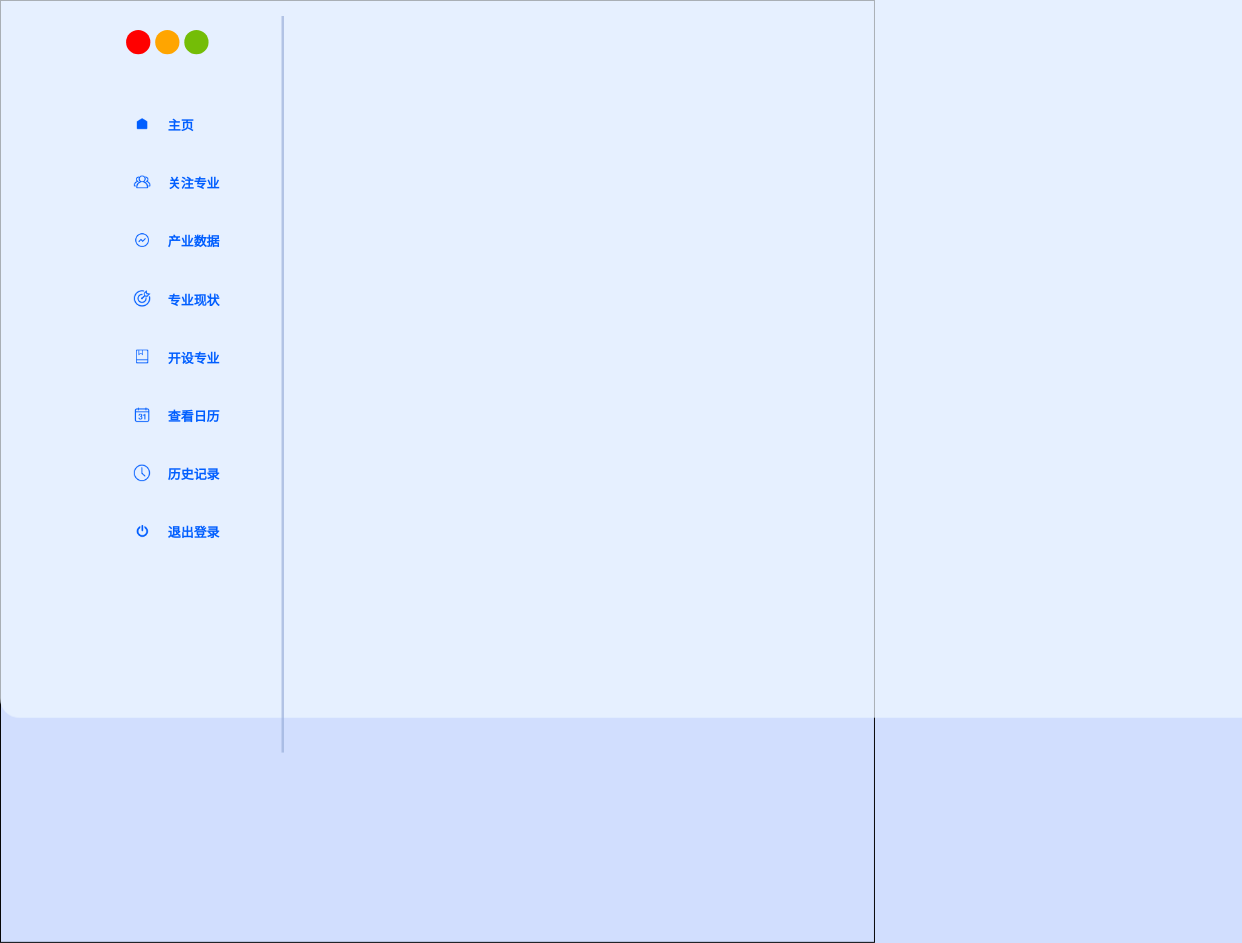
Repository: akaCSDN/test
Page: 2.1主页.html
An editor plug-in stored every save of this project. The page is shown before and after the next save, followed by the edit.
The browser window is 1280 px wide. The pictures show the whole page, at 97% of full size.

Above is the page before, as saved 2022-12-03 22:02:21.

After the next save:
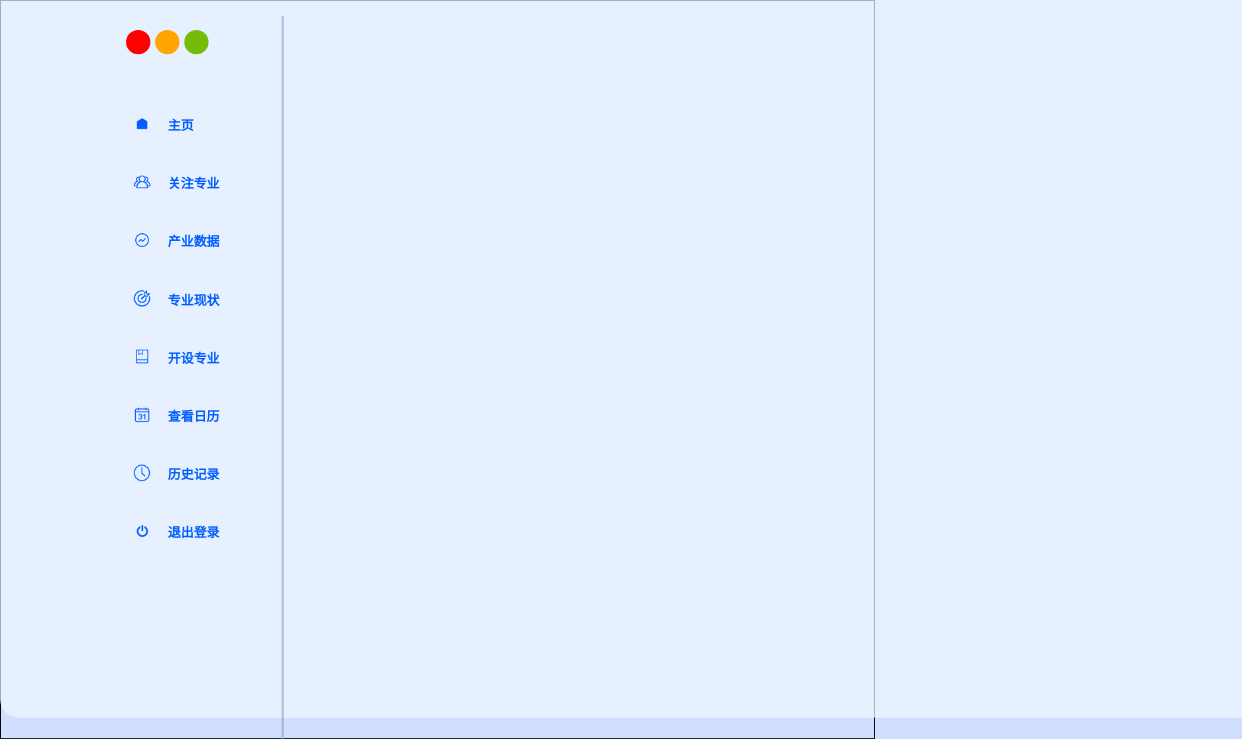
Saved 33 s later.
--- a/2.1主页.html
+++ b/2.1主页.html
@@ -97,7 +97,7 @@
         }
         .right{
             width: 900px;
-            height: 970px;
+            height: 760px;
             border: 1px solid black;
             /* background-color: rgb(78, 252, 252); */
         }
